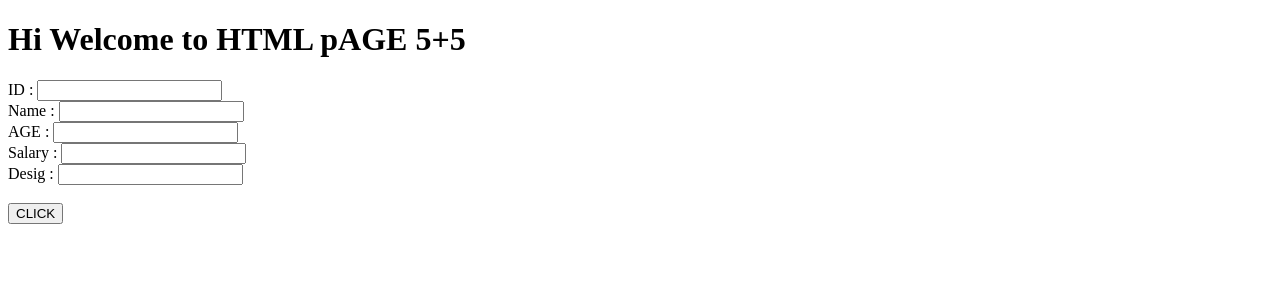
Repository: Thaneshwara848/JSP_Demo
Page: WebDemo2/src/main/webapp/index.html
The author's editor kept a copy of each file at every save. The page is drawn from the files as they stood at one save, then again after the next save.
The browser window is 1280 px wide. The pictures show the whole page.

Above is the page before, as saved 2022-08-10 15:25:04.

After the next save:
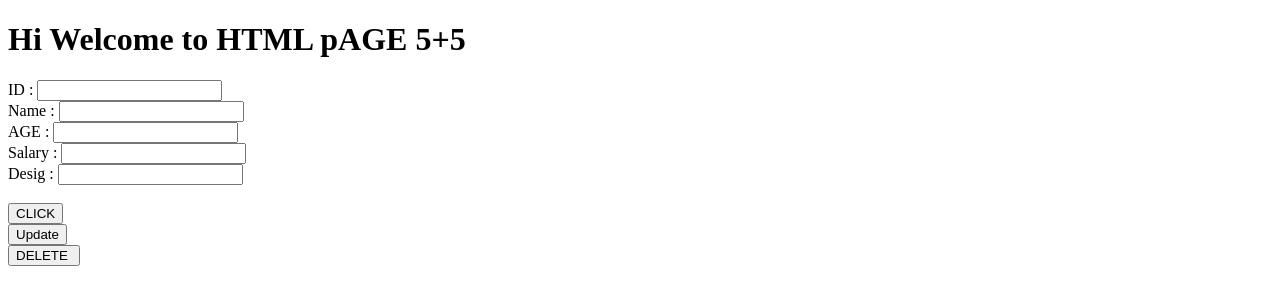
Saved 12 s later.
--- a/WebDemo2/src/main/webapp/index.html
+++ b/WebDemo2/src/main/webapp/index.html
@@ -7,7 +7,7 @@
 <body>
 	<h1> Hi Welcome to HTML pAGE 5+5  </h1>
 
-	<form action="Demo.jsp">
+	<form action="Register.jsp">
 		ID :  <input type="text" name="uid"><br>
 		Name : <input type="text" name="uname"><br>
 		AGE :  <input type="text" name="uage"><br>
@@ -15,6 +15,22 @@
 		Desig :  <input type="text" name="udesig"><br><br>
 
 		<input type="submit" value="CLICK">
+	</form>
+
+
+	<form action="update.html">
+		<input type="submit" value="Update">
+	</form>
+
+	<form action="delete.html">
+		<input type="submit" value="DELETE ">
+	</form>
+
+
+	<form action="read.jsp">
+
+	</form>
+
 
 	</form>
 </body>
